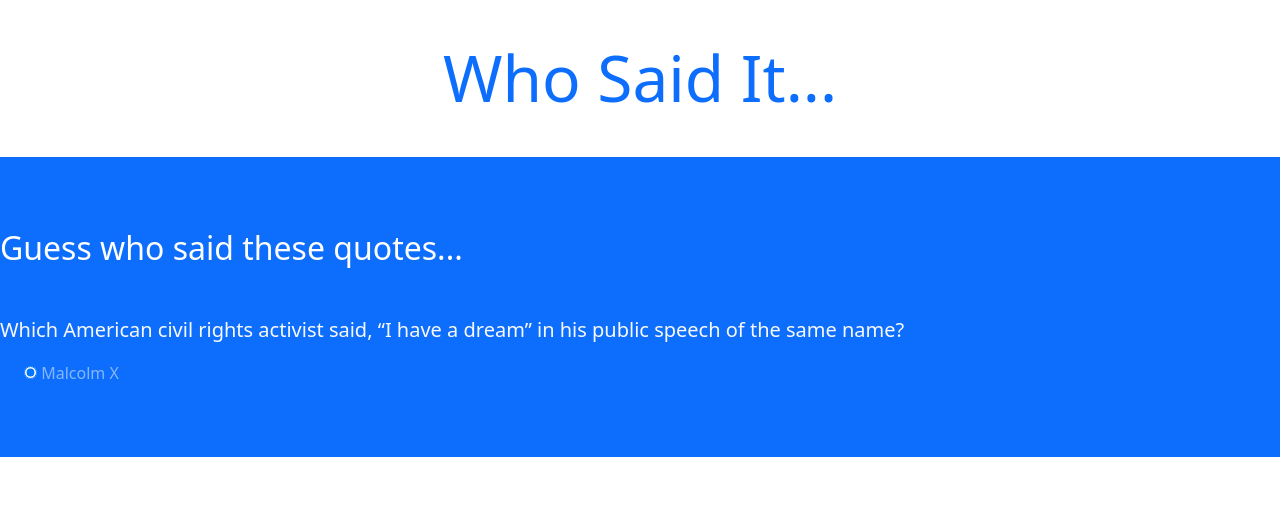
Repository: julihocc/Presentation-02-Forms-with-vanilla-JS
Page: index.html
The author's editor kept a copy of each file at every save. The page is drawn from the files as they stood at one save, then again after the next save.
The browser window is 1280 px wide. The pictures show the whole page.

Above is the page before, as saved 2022-09-27 13:44:54.

### index.html
<!-- step 0.1: create HTML5 template -->
<!DOCTYPE html>
<html lang="en">

<head>
    <meta charset="UTF-8">
    <meta http-equiv="X-UA-Compatible" content="IE=edge">
    <meta name="viewport" content="width=device-width, initial-scale=1.0">

    <!-- step 0.4: include bootstrap -->
    <!-- CSS only -->
    <link href="https://cdn.jsdelivr.net/npm/bootstrap@5.2.1/dist/css/bootstrap.min.css" rel="stylesheet"
        integrity="sha384-iYQeCzEYFbKjA/T2uDLTpkwGzCiq6soy8tYaI1GyVh/UjpbCx/TYkiZhlZB6+fzT" crossorigin="anonymous">

    <!-- step 0.2: change title -->
    <title>Who Said It...</title>
</head>

<body>

    <!-- step 1.1 top section -->
    <div class="intro py-3 bg-white text-center">
        <div class="container">
            <h2 class="text-primary display-3 my-4">
                Who Said It...
            </h2>
        </div>
    </div>

    <!-- step 1.4: quiz section -->
    <div class="quiz py-4 bg-primary">
        <div class="containter">
            <h2 class="my-5 text-white">
                Guess who said these quotes...
            </h2>
            <!-- step 1.5: create form -->
            <form class="quiz-form text-light">
                <!-- step 1.6: create containers for each question -->
                <!-- step 1.7 question #1-->
                <div class="my-5">
                    <p class="lead font-weight-normal">
                        Which American civil rights activist said, “I have a dream” in his public speech of the same
                        name?
                    </p>
                    <!-- step 1.8 first answer to question 1 -->
                    <div class="form-check my-2 text-white-50">
                        <input type="radio" name="q1" value="A" checked>
                        <label class="form-check-label">
                            Malcolm X
                        </label>
                    </div>

                </div>
            </form>
        </div>
    </div>

    <!-- step 0.3: link js -->
    <script src="app.js"></script>
</body>

</html>

Loaded but not shown: app.js (no copy from this time; the picture is the same without it)

After the next save:
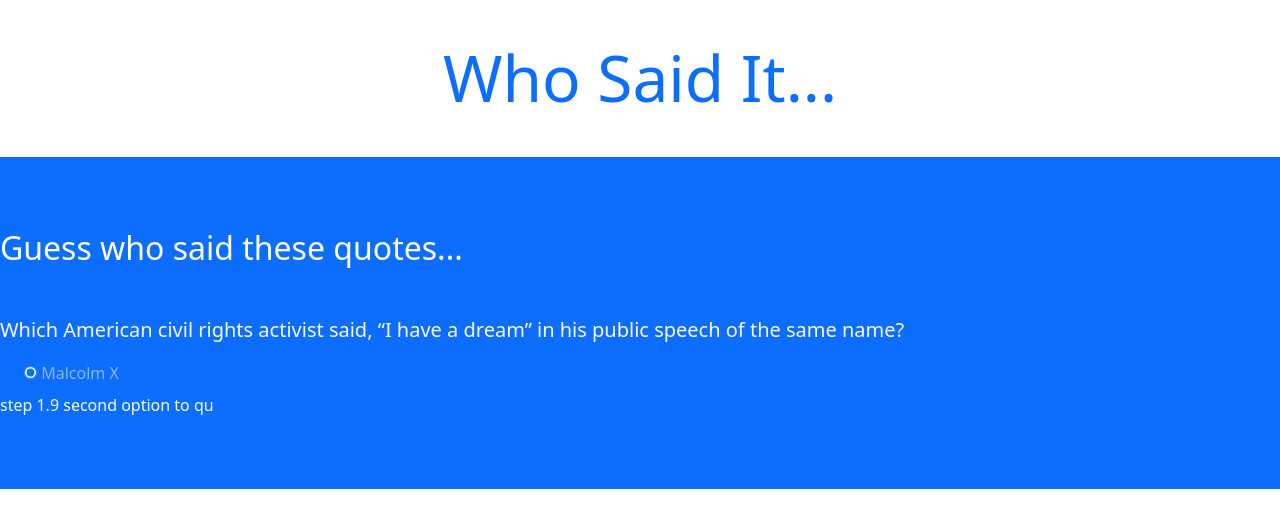
Saved 9 s later.
--- a/index.html
+++ b/index.html
@@ -49,7 +49,7 @@
                             Malcolm X
                         </label>
                     </div>
-
+                    step 1.9 second option to qu
                 </div>
             </form>
         </div>

After the save that followed:
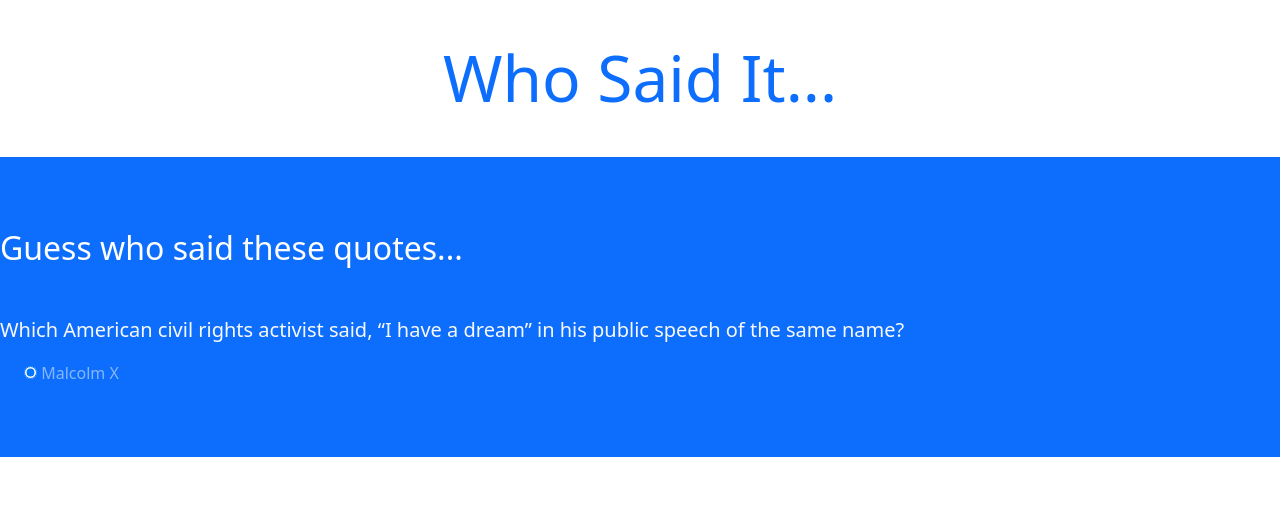
Saved 5 s later.
--- a/index.html
+++ b/index.html
@@ -49,7 +49,7 @@
                             Malcolm X
                         </label>
                     </div>
-                    step 1.9 second option to qu
+                    <!-- step 1.9 second option to quesition 2 -->
                 </div>
             </form>
         </div>
